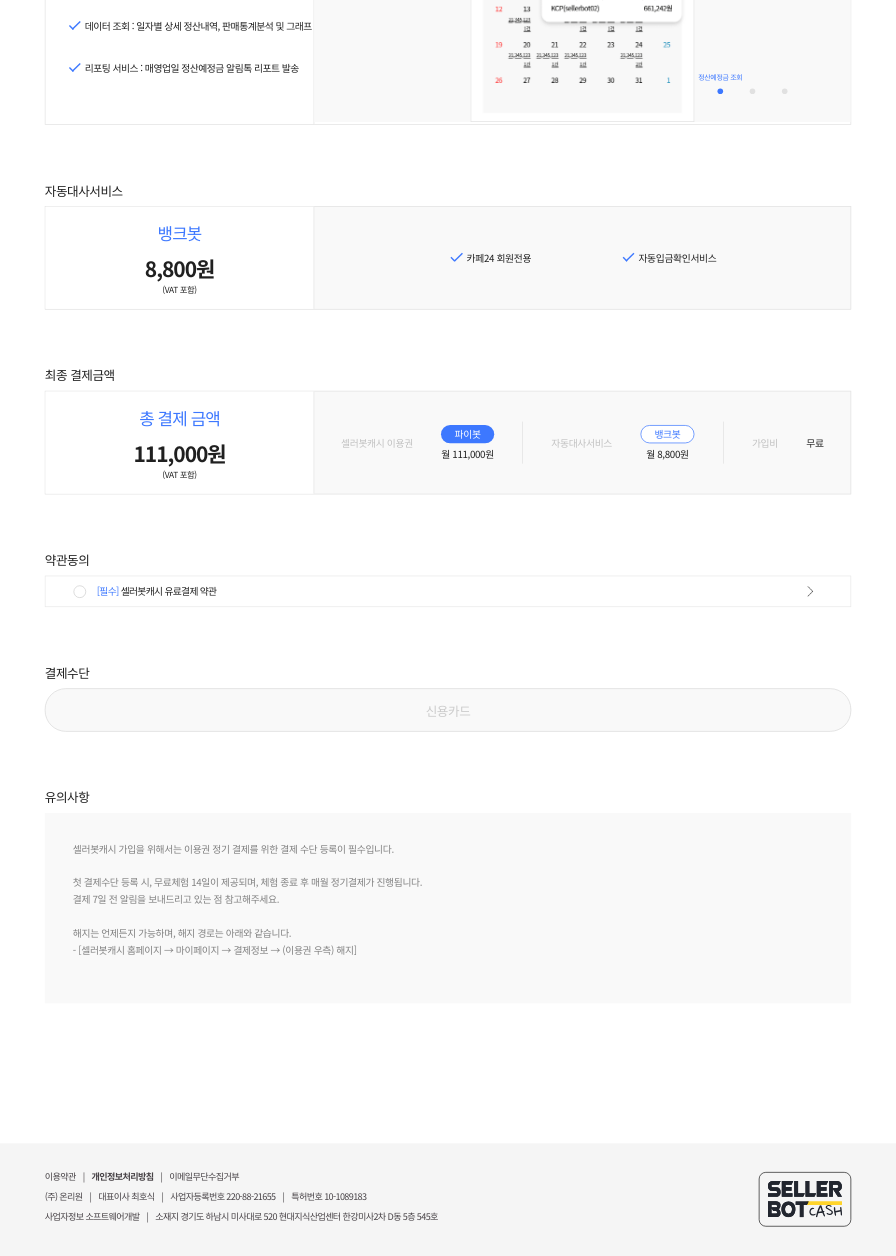
Repository: elemapfelr/ownServer
Page: test-server/web/sellerbot_signup/regPay_01.html
An editor plug-in stored every save of this project. The page is shown before and after the next save, followed by the edit.
The browser window is 1280 px wide. The pictures show the part of the page from y = 716 to 2636 px (the page is 2510 px tall before and 2636 px after), at 70% of full size.
Some web libraries are served in a nearby version. The style sheet was rebuilt from its Sass, Less or Tailwind sources for each picture, by a compiler version that may differ from the author's.

Above is the page before, as saved 2023-03-21 10:50:29.

### test-server/web/sellerbot_signup/regPay_01.html
<!DOCTYPE html>
<html lang="ko">

<head>
	<meta charset="UTF-8">
	<meta http-equiv="X-UA-Compatible" content="IE=edge">
	<meta name="viewport" content="width=device-width, initial-scale=1.0">
	<title>셀러봇캐시 회원가입</title>
	<link rel="stylesheet" href="./css/regPay_01.css">
	<script type="module" src="./js/common.js" defer></script>
	<script type="module" src="./js/regPay_01.js" defer></script>
	<script src="https://kit.fontawesome.com/133e10f389.js" crossorigin="anonymous"></script>
</head>

<body>
	<header>
		<div class="top">
			<div class="notification">
				<div class="text">
					<i class="fa-solid fa-bell"></i>
					<div class="notiWrap">
						<ul>
							<li>[공지사항] [신규 판매몰 지원] 발란 - 판매몰등록 안내</li>
							<li>[공지사항] [신규 판매몰 지원] WIZWID - 판매몰등록 안내</li>
							<li>[공지사항] [신규 판매몰 지원] 29CM - 판매몰등록 안내</li>
						</ul>
					</div>
				</div>
				<button id="closeHeaderNoti"><img src="./img/xmark.svg" alt="xmark"></button>
			</div>
		</div>
		<div class="bottom">
			<div class="logo"><img src="./img/sellerbotLogo.svg" alt="sellerbot"></div>
			<div class="right">
				<button>로그인</button>
				<span></span>
				<button>회원가입</button>
				<span></span>
				<button>고객센터</button>
			</div>
		</div>
	</header>
	<main>
		<section>
			<button class="fixed2" id="prevStep">
				<span>이전</span>
			</button>
			<button class="fixed _70" id="nextStep">
				<span>다음</span>
				<img src="./img/rightArrow.svg" />
			</button>
			<article id="top">
				<div class="title">
					<h1>결제수단 등록</h1>
				</div>
			</article>
			<article id="payInfo">
				<div class="flexBox">
					<div class="left">
						<div class="top">
							<h5>셀러봇캐시는 지금 가입비 무료 이벤트 중! 🎉</h5>
						</div>
						<!-- 20230320 수정 -->
						<div class="ticket_gallery">
							<div class="btns">
								<div id="prevTicket" class="leftArrow">
									<img src="./img/step_05_rightArrow.svg" alt="left">
									<p id="prevTicketName">이전</p>
								</div>
								<div id="nextTicket" class="rightArrow">
									<img src="./img/step_05_rightArrow.svg" alt="right">
									<p id="nextTicketName">다음</p>
								</div>
							</div>
							<ul>
								<li class="items">
									<div class="center">
										<h5>파이봇</h5>
										<div class="flex">
											<div class="mid">
												<h4>월 111,000원</h4>
												<small>(VAT 포함)</small>
											</div>
										</div>
										<span>무료체험 14일 이후 정기결제</span>
									</div>
									<div class="bottom">
										<div class="row">
											<span class="check"></span>
											<p>판매몰 계좌 : 무제한 등록
											</p>
										</div>
										<div class="row">
											<span class="check"></span>
											<p>판매몰 ID : 무제한 등록
											</p>
										</div>
										<div class="row">
											<span class="check"></span>
											<p>데이터 조회 : 일자별 상세 정산내역, 판매통계분석 및 그래프</p>
										</div>
										<div class="row">
											<span class="check"></span>
											<p>리포팅 서비스 : 매영업일 정산예정금 알림톡 리포트 발송</p>
										</div>
									</div>
								</li>
								<li class="items">
									<div class="center">
										<h5>파이봇 할인형</h5>
										<div class="flex">
											<div class="mid">
												<h4>월 55,000원</h4>
												<small>(VAT 포함)</small>
											</div>
										</div>
										<span>무료체험 14일 이후 정기결제</span>
									</div>
									<div class="bottom">
										<div class="row">
											<span class="check"></span>
											<p>판매몰 계좌 : 무제한 등록
											</p>
										</div>
										<div class="row">
											<span class="check"></span>
											<p>판매몰 ID : 무제한 등록
											</p>
										</div>
										<div class="row">
											<span class="check"></span>
											<p>데이터 조회 : 일자별 상세 정산내역, 판매통계분석 및 그래프</p>
										</div>
										<div class="row">
											<span class="check"></span>
											<p>리포팅 서비스 : 매영업일 정산예정금 알림톡 리포트 발송</p>
										</div>
									</div>
								</li>
								<li class="items">
									<div class="center">
										<h5>로니봇</h5>
										<div class="flex">
											<div class="mid">
												<h4>월 55,000원</h4>
												<small>(VAT 포함)</small>
											</div>
										</div>
										<span>무료체험 14일 이후 정기결제</span>
									</div>
									<div class="bottom">
										<div class="row">
											<span class="check"></span>
											<p>판매몰 계좌 : 5개 등록
											</p>
										</div>
										<div class="row">
											<span class="check"></span>
											<p>판매몰 ID : 5개 등록
											</p>
										</div>
										<div class="row">
											<span class="check"></span>
											<p>데이터 조회 : 일자별 상세 정산내역, 판매통계분석 및 그래프</p>
										</div>
										<div class="row">
											<span class="check"></span>
											<p>리포팅 서비스 : 매영업일 정산예정금 알림톡 리포트 발송</p>
										</div>
									</div>
								</li>
							</ul>
						</div>
					</div>
					<div class="right">
						<img class="logo" src="./img/sellerbotLogo.svg" alt="sellerbot">
						<div class="gallery">
							<ul>
								<li>
									<img src="./img/step_06_img_01.png" alt="01">
								</li>
								<li>
									<img src="./img/step_06_img_02.png" alt="02">
								</li>
								<li>
									<img src="./img/step_06_img_03.png" alt="03">
								</li>
							</ul>
						</div>
						<div class="arrowBtns">
							<div id="galleryLeft"><img src="./img/rightArrow.svg" alt="leftArrow"></div>
							<div id="galleryRight"><img src="./img/rightArrow.svg" alt="rightArrow"></div>
						</div>
						<ul class="bottomUl">
							<li class="active" data-text="정산예정금 조회"></li>
							<li data-text="판매 분석"></li>
							<li data-text="리포팅 서비스"></li>
						</ul>
					</div>
				</div>
			</article>
			<!-- 20230320 수정 -->
			<article id="bankBot">
				<h2>자동대사서비스</h2>
				<div class="flexBox">
					<div class="left">
						<h5>뱅크봇</h5>
						<h4 id="bankBotPrice">8,800원</h4>
						<small>(VAT 포함)</small>
					</div>
					<div class="right">
						<div class="content">
							<div class="box">
								<span class="check"></span>
								<p>카페24 회원전용</p>
							</div>
							<div class="box">
								<span class="check"></span>
								<p>자동입금확인서비스</p>
							</div>
						</div>
					</div>
				</div>
			</article>
			<article id="totalPay">
				<h2>최종 결제금액</h2>
				<div class="flexBox">
					<div class="left">
						<h5>총 결제 금액</h5>
						<h4 id="totalPrice">111,000원</h4>
						<small>(VAT 포함)</small>
					</div>
					<div class="right">
						<div class="content">
							<p class="gray">셀러봇캐시 이용권</p>
							<div class="box">
								<div class="blue" id="ticketName">파이봇</div>
								<p id="ticketPrice">월 111,000원</p>
							</div>
							<span class="line"></span>
							<p class="gray">자동대사서비스</p>
							<div class="box">
								<div class="blue_outline" id="bankBotName">뱅크봇</div>
								<p id="bankBotPrice">월 8,800원</p>
							</div>
							<span class="line"></span>
							<p class="gray">가입비</p>
							<p>무료</p>
						</div>
					</div>
				</div>
			</article>
			<article id="terms">
				<h2>약관동의</h2>
				<div class="accordion">
					<div class="title">
						<div class="left">
							<div class="checkBoxDiv">
								<input type="checkbox" id="terms_01" class="chkBox">
								<label class="checkBox" for="terms_01"></label>
								<label class="text" for="terms_01" style="color:black;"></label>
							</div>
							<p class="text_checkBox"><b>[필수]</b> 셀러봇캐시 유료결제 약관</p>
						</div>
						<span><img src="./img/right-chevron.png" alt="right-chevron"></span>
					</div>
					<div class="panel">
						<div class="paddingBox">
							<pre id="termContent"></pre>
						</div>
					</div>
				</div>
			</article>
			<article id="payment">
				<h2>결제수단</h2>
				<button id="creditCard">신용카드</button>
			</article>
			<article id="caution">
				<h2>유의사항</h2>
				<div class="grayBox">
					<pre>셀러봇캐시 가입을 위해서는 이용권 정기 결제를 위한 결제 수단 등록이 필수입니다.

첫 결제수단 등록 시, 무료체험 14일이 제공되며, 체험 종료 후 매월 정기결제가 진행됩니다.
결제 7일 전 알림을 보내드리고 있는 점 참고해주세요.

해지는 언제든지 가능하며, 해지 경로는 아래와 같습니다.
- [셀러봇캐시 홈페이지 → 마이페이지 → 결제정보 → (이용권 우측) 해지]
                    </pre>
				</div>
			</article>
		</section>
	</main>
	<footer>
		<div class="footerWrap">
			<div class="left">
				<div class="row">
					<p class="footerTerms" id="footer_term_1">이용약관</p>
					<span>|</span>
					<p class="footerTerms" id="footer_term_2"><b>개인정보처리방침</b></p>
					<span>|</span>
					<p class="footerTerms" id="footer_term_3">이메일무단수집거부</p>
				</div>
				<div class="row flexWrap">
					<p>(주) 온리원</p>
					<span>|</span>
					<p>대표이사 최호식</p>
					<span>|</span>
					<p>사업자등록번호 220-88-21655</p>
					<span>|</span>
					<p>특허번호 10-1089183</p>
				</div>
				<div class="row flexWrap">
					<p>사업자정보 소프트웨어개발</p>
					<span>|</span>
					<p>소재지 경기도 하남시 미사대로 520 현대지식산업센터 한강미사2차 D동 5층 545호</p>
				</div>
			</div>
			<div class="right">
				<img src="./img/sellerbotLogo.svg" alt="sellerbot">
			</div>
		</div>
	</footer>
	<div class="bottomSticky">
		<div class="title">
			<div class="left">
				<div class="checkBoxDiv">
					<input type="checkbox" id="terms_01_1" class="chkBox">
					<label class="checkBox" for="terms_01_1"></label>
					<label class="text" for="terms_01_1" style="color:black;"></label>
				</div>
				<p class="text_checkBox"><b>[필수]</b> 셀러봇캐시 유료결제 약관</p>
			</div>
			<span>자세히보기</span>
		</div>
	</div>
</body>

</html>

### test-server/web/sellerbot_signup/css/scss/_common.scss
@charset "utf-8";
@import url('https://fonts.googleapis.com/css2?family=Noto+Sans+KR:wght@100;300;400;500;700;900&display=swap');

$blue: #3d78ff;

* {
	margin: 0;
	padding: 0;
	font-family: 'Noto Sans KR', sans-serif;
}

html {
	font-size: 16px;
	letter-spacing: -0.98px;
}

html,
body {
	width: 100%;
	height: auto;
}

ol,
ul,
li {
	list-style: none;
}

a {
	text-decoration: none;
	color: #000;
}

img {
	border: 0;
	display: block;
}

header,
main,
footer,
nav,
section,
article,
aside {
	display: block;
}


header {
	width: 100%;
	height: 80px;
	box-shadow: 0 3px 6px 0 rgba(190, 190, 190, 0.16);
	background-color: #fff;
	position: fixed;
	top: 0;
	z-index: 10;

	.top {
		width: 100%;
		height: auto;
		background-color: #3d78ff;
		padding: 5px 0 5px 0;

		// 20230317 수정 여기부터
		.notification {
			width: 90%;
			max-width: 1200px;
			margin: 0 auto;
			display: flex;
			align-items: center;
			justify-content: center;

			.text {
				width: 100%;
				display: flex;
				justify-content: center;
				align-items: center;

				i {
					color: white;
					font-size: 14px;
				}

				.notiWrap {
					width: 50%;
					position: relative;
					height: 20px;
					overflow: hidden;

					ul {
						width: 100%;
						height: auto;
						transition: all .3s;
						position: absolute;
						top: 0;
						left: 0;
					}

					li {
						width: 100%;
						font-size: 14px;
						letter-spacing: -0.53px;
						color: #fff;
						text-align: center;
						margin: 0 10px;
						white-space: nowrap;
						text-overflow: ellipsis;
						overflow: hidden;
					}
				}
			}
			// 20230317 수정 여기까지

			button {
				float: right;
				border: none;
				background: none;
				outline: none;
				filter: invert(100%);
				cursor: pointer;
			}
		}
	}

	.bottom {
		width: 90%;
		max-width: 1200px;
		margin: 0 auto;
		height: 50px;
		display: flex;
		align-items: center;
		justify-content: space-between;

		.right {
			display: flex;
			align-items: center;

			button {
				font-size: 12px;
				letter-spacing: -0.46px;
				color: #202020;
				border: none;
				background: none;
				outline: none;
				cursor: pointer;
			}

			span {
				width: 1px;
				height: 12px;
				background-color: #202020;
				margin: 0 8px;
				margin-top: 4px;
				display: block;
			}
		}
	}

	&.notiClose{
		height: 50px;

		.top{
			display: none;
		}
	}
}

main {
	width: 100%;
	height: auto;

	.fixed2 {
		background: none;
		border: none;
		outline: none;
		position: fixed;
		top: 210px;
		right: calc(5% + 100px);
		display: inline-flex;
		align-items: center;
		cursor: pointer;
		z-index: 1000;

		span {
			font-size: 30px;
			font-weight: bold;
			font-stretch: normal;
			font-style: normal;
			letter-spacing: -1.5px;
			text-align: right;
			color: #dedede;
			margin-bottom: 4px;
		}
	}

	.fixed {
		background: none;
		border: none;
		outline: none;
		position: fixed;
		top: 210px;
		right: 5%;
		display: inline-flex;
		align-items: center;
		z-index: 1000;
		cursor: pointer;

		span {
			font-size: 30px;
			font-weight: bold;
			font-stretch: normal;
			font-style: normal;
			letter-spacing: -1.5px;
			text-align: right;
			color: #dedede;
			margin-bottom: 4px;
		}

		img {
			filter: grayscale(100%) brightness(180%);
		}

		&.active {

			span {
				color: #3d78ff;
			}

			img {
				filter: none;
			}
		}
	}

	section {
		// margin-top: 80px;
		padding-top: 160px;

		article {
			width: 90%;
			max-width: 1200px;
			margin: 0 auto;

			input::placeholder {
				font-size: 12px;
				letter-spacing: -0.84px;
				color: #bbb;
			}
		}
	}
}

article#top {
	.title {
		display: flex;
		align-items: center;

		h1 {
			font-size: 30px;
			font-weight: bold;
			letter-spacing: -1.5px;
			color: #202020;
			margin-bottom: 4px;
		}

		span {
			font-size: 12px;
			font-weight: 500;
			letter-spacing: -0.6px;
			text-align: center;
			color: #3d78ff;
			padding: 4px 18px 5px 18px;
			border: 1px solid #3d78ff;
			border-radius: 20px;
			margin-left: 4px;
			cursor: pointer;
		}
	}

	.processBar {
		margin-top: 80px;
		display: flex;
		align-items: center;
		justify-content: space-between;

		.step {
			width: 33.3333%;

			span {
				width: 100%;
				display: block;
				height: 2px;
				background-color: #dedede;
			}

			p {
				margin-top: 10px;
				text-align: center;
				font-size: 14px;
				font-weight: 500;
				letter-spacing: -0.5px;
				color: #dedede;
			}

			&.active {
				span {
					background-color: $blue;
				}

				p {
					color: #505050;
				}
			}
		}
	}
}

// 20230317 추가 여기부터
footer{
	width: 100%;
	height: auto;
	padding: 37px 0;
	background-color: #f5f5f5;

	.footerWrap{
		width: 90%;
		max-width: 1200px;
		margin: 0 auto;
		display: flex;
		align-items: center;
		justify-content: space-between;

		.left{
			.row{
				margin-bottom: 10px;
				display: flex;
				align-items: center;

				.footerTerms{
					cursor: pointer;
				}

				p, span{
					font-size: 13px;
					font-weight: 500;
					letter-spacing: -0.91px;
					color: #474246;
				}
				span{
					margin: 0 10px;
				}
			}
		}

		.right{
			display: flex;
			align-items: center;
			justify-content: flex-end;

			img{
				width: 106px;
				height: auto;
				padding: 12px;
				border: 1px solid #202020;
				border-radius: 10px;
			}
		}
	}
}
// 20230317 추가 여기까지

.checkBoxDiv {
	transform-origin: left;
	display: inline-flex;
	align-items: center;
	cursor: pointer;

	label.checkBox {
		width: 16px;
		height: 16px;
		border: 1px solid darken(#e8e8e8, 10%);
		border-radius: 13px;
		position: relative;
		transition: cubic-bezier(0.075, 0.82, 0.165, 1) .2s;
		cursor: pointer;
		display: block;
	}

	input.chkBox {
		display: none;

		&:checked+label.checkBox {
			background-color: $blue;
			border: 1px solid $blue;

			&::before {
				content: '';
				position: absolute;
				top: 0px;
				left: 3px;
				width: 9px;
				height: 12px;
				box-shadow: inset 2px 2px white;
				transform: rotate(-135deg);
			}
		}
	}

	label.text {
		margin-left: .2rem;
		font-size: .9rem;
		cursor: pointer;
	}

	&.square {
		label.checkBox {
			width: 15px;
			height: 15px;
			border: 1px solid darken(#e8e8e8, 10%);
			background-color: #fff;
			border-radius: 1px;
			position: relative;
			transition: cubic-bezier(0.075, 0.82, 0.165, 1) .2s;
			cursor: pointer;
			display: block;
		}

		input.chkBox {
			display: none;

			&:checked+label.checkBox {
				background-color: $blue;
				border: 1px solid $blue;

				&::before {
					content: '';
					position: absolute;
					top: -1px;
					left: 2.5px;
					width: 9px;
					height: 12px;
					box-shadow: inset 2px 2px white;
					transform: rotate(-135deg);
				}
			}
		}
	}
}


@media only screen and (max-width: 1400px) {
	main {
		.fixed2 {
			right: 140px;
		}

		.fixed {
			right: 40px;
		}
	}
}

@media only screen and (max-width: 1200px) {

	article#top {
		.title {

			h1 {
				font-size: 26px;
				letter-spacing: -1.3px;
			}
		}

		.processBar {
			margin-top: 60px;

			.step {
				p {
					font-size: 12px;
				}
			}
		}
	}
}

@media only screen and (max-width: 900px) {
	// 20230317 수정 여기부터
	header {
		.top {
			.notification {
				.text {
					i {
						font-size: 14px;
					}
					.notiWrap {
						width: 90%;

						li {
							font-size: 12px;
							line-height: 20px;
						}
					}
				}
			}
		}
	}
	// 20230317 수정 여기까지

	main {
		.fixed2 {
			top: auto;
			left: 0;
			right: auto;
			bottom: 0;
			width: 30%;
			justify-content: center;
			background-color: #f0f0f0;
			z-index: 10;
			padding: 12px 0;

			span {
				display: block;
				text-align: center;
				font-size: 22px;
				color: #cecece;
			}
		}

		.fixed {
			top: auto;
			right: 0;
			bottom: 0;
			width: 100%;
			justify-content: center;
			background-color: #e8e8e8;
			z-index: 10;
			padding: 12px 0;

			&._70 {
				width: 70%;
			}

			span {
				display: block;
				text-align: center;
				font-size: 22px;
				color: #cecece;
			}

			img {
				display: none;
			}

			&.active {
				background-color: #3d78ff;

				span {
					color: white;
				}
			}
		}
	}

	// 20230317 수정 여기부터
	footer{
		padding: 30px 0;
		padding-bottom: 90px;

		.footerWrap{
			width: 100%;
			max-width: 1200px;
			margin: 0 auto;
			display: flex;
			align-items: center;
			justify-content: center;

			.left{
				.row{
					justify-content: space-around;
					margin-bottom: 0;

					p.footerTerms{
						margin-bottom: 10px;
					}

					&.flexWrap{
						flex-wrap: wrap;
						justify-content: center;
						p{
							margin: 0 20px;
							text-align: center;
							margin-bottom: 10px;
						}
					}

					span{
						display: none;
					}
				}
			}

			.right{
				display: none;
			}
		}
	}
	// 20230317 수정 여기까지
}

### test-server/web/sellerbot_signup/css/scss/_modal.scss
.modal {
	position: fixed;
	top: 0;
	left: 0;
	width: 100%;
	height: 100%;
	background-color: transparentize(#202020, .4);
	align-items: center;
	justify-content: center;
	z-index: 10000001;
	overflow: hidden;
	display: flex;
	padding: 0 30px;
	box-sizing: border-box;

	.layerPopup {
		width: fit-content;
		height: auto;
		margin: 0 auto;
		box-sizing: border-box;
		overflow: hidden;
		position: relative;

		.popupHead {
			width: 100%;
			height: 40px;
			display: flex;
			justify-content: right;
			align-items: flex-start;

			button {
				cursor: pointer;
				border: none;
				background: none;

				span {
					font-size: 16px;
					font-weight: 300;
					letter-spacing: -1.12px;
					text-align: left;
					color: #fff;
				}
			}
		}

		.popupBody {
			width: 100%;
			height: auto;
			background-color: white;
			max-height: 70vh;
			overflow-y: auto;
			overflow-x: hidden;

			&::-webkit-scrollbar {
                width: 12px;
                height: 12px;
            }

            &::-webkit-scrollbar-track {
                background-color: #fff;
                border: 1px solid #e2e2e2;
            }

            &::-webkit-scrollbar-thumb {
                background-color: #f2f2f2;
                border: 1px solid #e2e2e2;
            }

			h1{
				font-size: 24px;
				font-weight: bold;
				letter-spacing: -1.92px;
				text-align: center;
				color: #202020;
			}
		}

		.btnBox {
			width: 100%;
			height: auto;
			margin: 0 auto;
			display: flex;
			align-items: center;

			button {
				width: 100%;
				outline: none;
				padding: 15px 0;
				cursor: pointer;
				border: none;
				font-size: 16px;
				font-weight: 500;
				letter-spacing: -1.12px;
				text-align: center;
				color: #2e1e00;
				// background-color: ;
			}
		}
	}
}

Loaded but not shown: test-server/web/sellerbot_signup/js/regPay_01.js (157 lines, source omitted); test-server/web/sellerbot_signup/js/common.js (18 lines, source omitted); test-server/web/sellerbot_signup/js/import/numberWithCommas.js (3 lines, source omitted); test-server/web/sellerbot_signup/css/scss/regPay_01.scss (803 lines, source omitted)

After the next save:
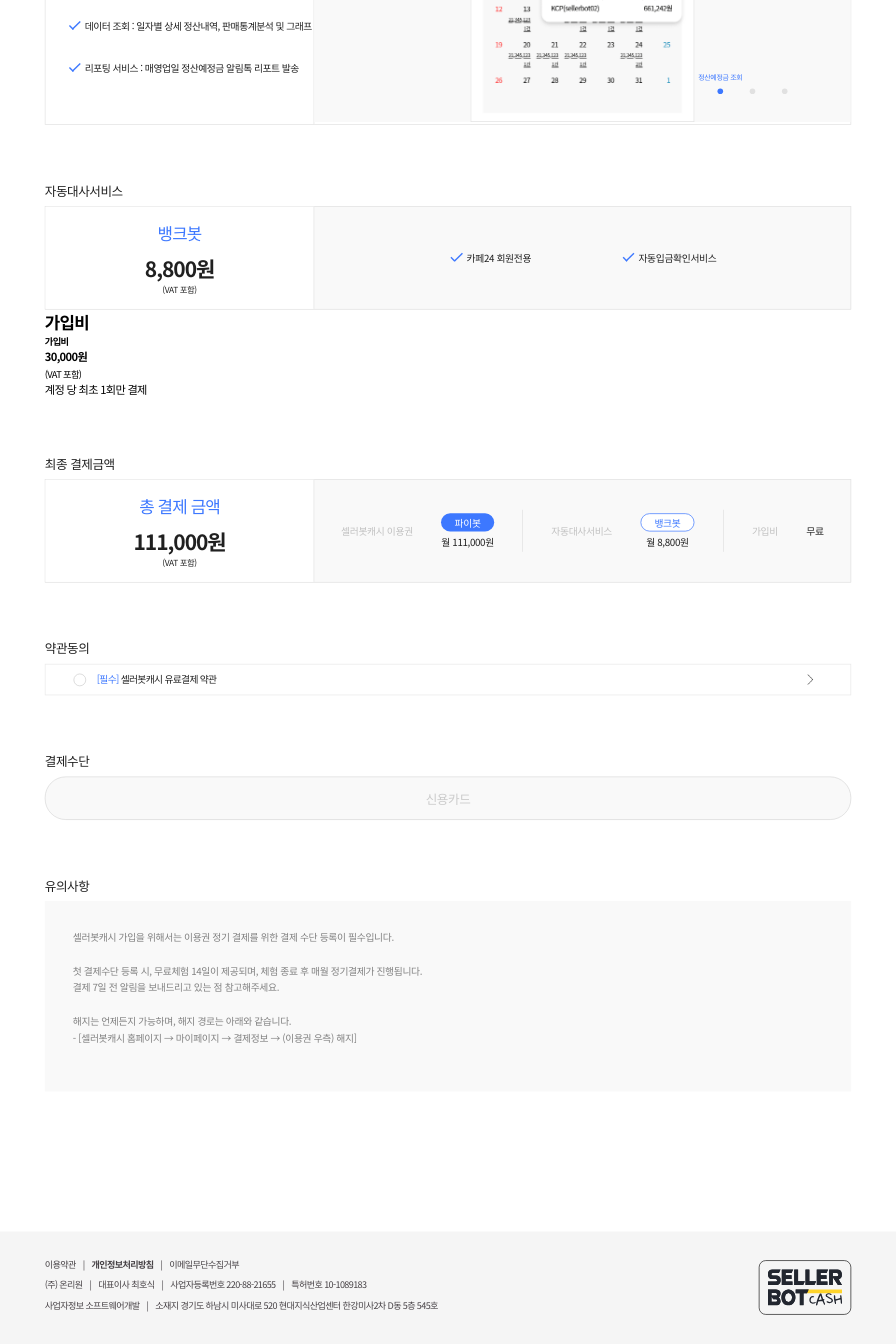
Saved 2 min 34 s later.
--- a/test-server/web/sellerbot_signup/regPay_01.html
+++ b/test-server/web/sellerbot_signup/regPay_01.html
@@ -222,6 +222,24 @@
 					</div>
 				</div>
 			</article>
+			<article id="join">
+				<h2>가입비</h2>
+				<div class="flexBox">
+					<div class="left">
+						<h5>가입비</h5>
+						<h4 id="joinPrice">30,000원</h4>
+						<small>(VAT 포함)</small>
+					</div>
+					<div class="right">
+						<div class="content">
+							<div class="box">
+								<span class="check"></span>
+								<p>계정 당 최초 1회만 결제</p>
+							</div>
+						</div>
+					</div>
+				</div>
+			</article>
 			<article id="totalPay">
 				<h2>최종 결제금액</h2>
 				<div class="flexBox">
